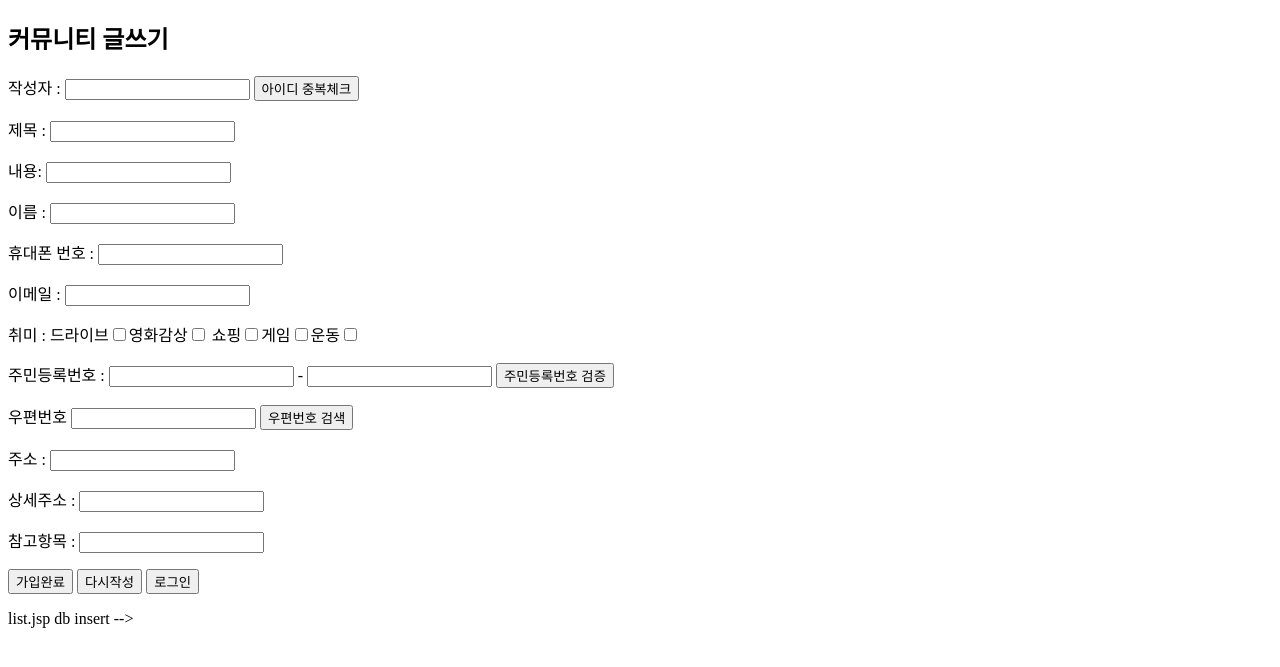
Repository: Blair-Kim/JSP
Page: http://localhost/Day4/board/write.jsp
The author's editor kept a copy of each file at every save. The page is drawn from the files as they stood at one save, then again after the next save.
The browser window is 1280 px wide. The pictures show the whole page.
The page is served by Tomcat 9. Other server files are loaded and not shown.

Above is the page before, as saved 2022-01-18 01:34:06.

### Day4/WebContent/board/write.jsp
<%@ page language="java" contentType="text/html; charset=UTF-8"
    pageEncoding="UTF-8"%>
<!DOCTYPE html>
<html>
<head>
<meta charset="UTF-8">
<title>커뮤니티 - 글쓰기</title>
</head>
<body>
	<h2>커뮤니티 글쓰기</h2>
	<form action="./wirte_ok.jsp" method="post" name="regform" id="regform" onsubmit="return sendit()">
        <input type="hidden" id="isidcheck" value="n">
        <input type="hidden" id="isssn" value="n">
        <p>작성자 : <input type="text" name="userid" id="userid" maxlength="20"> <input type="button" id="btnIdCheck" value="아이디 중복체크"></p>
        <p id="idcheckmsg"></p>
        <p>제목 : <input type="text" name="b_title" id="b_title" maxlength="200"></p>
        <p>내용: <input type="text" name="b_content" id="b_title" maxlength="2000"></p>
        <p>이름 : <input type="text" name="name" id="name"></p>
        <p>휴대폰 번호 : <input type="text" name="hp" id="hp"></p>
        <p>이메일 : <input type="text" name="email" id="email"></p>
        <p>취미 : <label>드라이브<input type="checkbox" name="hobby" value="드라이브"></label><label>영화감상<input type="checkbox" name="hobby" value="영화감상"></label> <label>쇼핑<input type="checkbox" name="hobby" value="쇼핑"></label><label>게임<input type="checkbox" name="hobby" value="게임"></label><label>운동<input type="checkbox" name="hobby" value="운동"></label></p>
        <p>주민등록번호 : <input type="text" name="ssn1" id="ssn1" maxlength="6" onkeyup="moveFocus()" onkeydown="ssnChange()"> - <input type="text" name="ssn2" id="ssn2" maxlength="7" onkeydown="ssnChange()"> <input type="button" value="주민등록번호 검증" onclick="ssnCheck()"></p>
        <p>우편번호 <input type="text" name="zipcode" id="sample6_postcode"> <input type="button" value="우편번호 검색" onclick="sample6_execDaumPostcode()"></p>
        <p>주소 : <input type="text" name="address1" id="sample6_address"></p>
        <p>상세주소 : <input type="text" name="address2" id="sample6_detailAddress"></p>
        <p>참고항목 : <input type="text" name="address3" id="sample6_extraAddress"></p>
        <p><input type="submit" value="가입완료"> <input type="reset" value="다시작성"> <input type="button" value="로그인" onclick="location.href='./login.jsp'"></p>
    </form>

	<!--
		form action : write_ok.jsp
		작성자 : session.getAttribute("userid")
		제목 : b_title
		내용 : b_content

		write_ok.jsp --> list.jsp
		db insert
	 -->
</body>
</html>

After the next save:
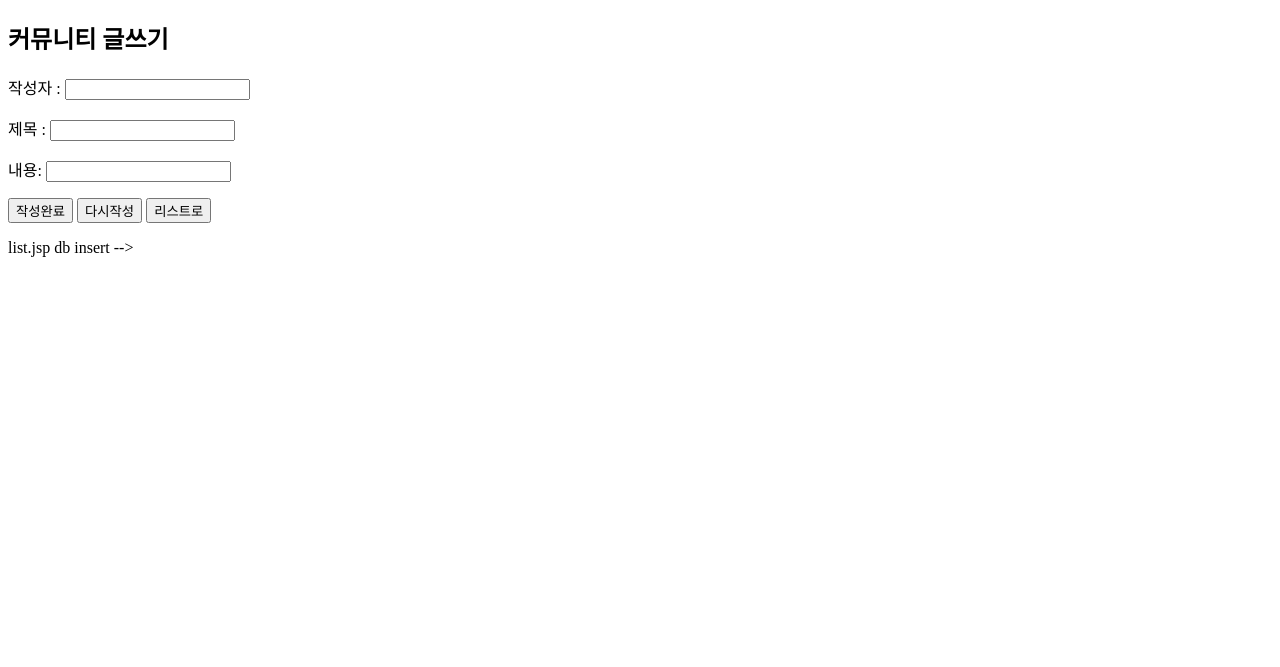
Saved 77 s later.
--- a/Day4/WebContent/board/write.jsp
+++ b/Day4/WebContent/board/write.jsp
@@ -11,20 +11,10 @@
 	<form action="./wirte_ok.jsp" method="post" name="regform" id="regform" onsubmit="return sendit()">
         <input type="hidden" id="isidcheck" value="n">
         <input type="hidden" id="isssn" value="n">
-        <p>작성자 : <input type="text" name="userid" id="userid" maxlength="20"> <input type="button" id="btnIdCheck" value="아이디 중복체크"></p>
-        <p id="idcheckmsg"></p>
+        <p>작성자 : <input type="text" name="userid" id="userid" maxlength="20"></p>
         <p>제목 : <input type="text" name="b_title" id="b_title" maxlength="200"></p>
         <p>내용: <input type="text" name="b_content" id="b_title" maxlength="2000"></p>
-        <p>이름 : <input type="text" name="name" id="name"></p>
-        <p>휴대폰 번호 : <input type="text" name="hp" id="hp"></p>
-        <p>이메일 : <input type="text" name="email" id="email"></p>
-        <p>취미 : <label>드라이브<input type="checkbox" name="hobby" value="드라이브"></label><label>영화감상<input type="checkbox" name="hobby" value="영화감상"></label> <label>쇼핑<input type="checkbox" name="hobby" value="쇼핑"></label><label>게임<input type="checkbox" name="hobby" value="게임"></label><label>운동<input type="checkbox" name="hobby" value="운동"></label></p>
-        <p>주민등록번호 : <input type="text" name="ssn1" id="ssn1" maxlength="6" onkeyup="moveFocus()" onkeydown="ssnChange()"> - <input type="text" name="ssn2" id="ssn2" maxlength="7" onkeydown="ssnChange()"> <input type="button" value="주민등록번호 검증" onclick="ssnCheck()"></p>
-        <p>우편번호 <input type="text" name="zipcode" id="sample6_postcode"> <input type="button" value="우편번호 검색" onclick="sample6_execDaumPostcode()"></p>
-        <p>주소 : <input type="text" name="address1" id="sample6_address"></p>
-        <p>상세주소 : <input type="text" name="address2" id="sample6_detailAddress"></p>
-        <p>참고항목 : <input type="text" name="address3" id="sample6_extraAddress"></p>
-        <p><input type="submit" value="가입완료"> <input type="reset" value="다시작성"> <input type="button" value="로그인" onclick="location.href='./login.jsp'"></p>
+        <p><input type="submit" value="작성완료"> <input type="reset" value="다시작성"> <input type="button" value="리스트로" onclick="location.href='./list.jsp'"></p>
     </form>
 
 	<!--
